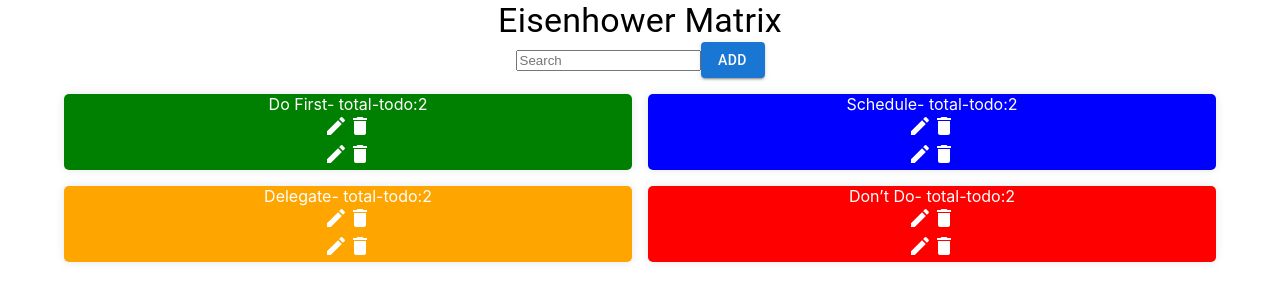
Repository: GokulDev4U/Krixi_react_assignment
Page: /
The author's editor kept a copy of each file at every save. The page is drawn from the files as they stood at one save, then again after the next save.
The browser window is 1280 px wide. The pictures show the whole page.
The project was rebuilt for these pictures with package versions that can differ from the ones it lists, and the page was loaded fresh each time.

Above is the page before, as saved 2022-04-04 14:10:24.

### src/App.js
import React, { useState } from "react";
// import { Counter } from "./features/counter/Counter";
import { Container, Grid, Button, Typography } from "@mui/material";
import Card from "./Components/card/Card";
import "./App.css";
import { useDispatch, useSelector } from "react-redux";
import { add, remove, edit, selectTodo } from "./features/todo/todoSlice";

function App() {
  const dispatch = useDispatch();

  const [todo, setTodo] = useState("");
  return (
    <div className="App">
      <Container sx={{ flexGrow: 1 }}>
        <Typography variant="h4">Eisenhower Matrix</Typography>
        <Grid container spacing={2}>
          <Grid item xs={12}>
            <input
              type="text"
              placeholder="Search"
              onChange={(e) => setTodo(e.target.value)}
            />
            <Button
              variant="contained"
              color="primary"
              onClick={dispatch(add(todo))}
            >
              Add
            </Button>
          </Grid>
          <Grid item xs={6}>
            <Card color="green" title="Do First" />
          </Grid>
          <Grid item xs={6}>
            <Card color="blue" title="Schedule" />
          </Grid>
          <Grid item xs={6}>
            <Card color="orange" title="Delegate" />
          </Grid>
          <Grid item xs={6}>
            <Card color="red" title="Don’t Do" />
          </Grid>
        </Grid>
      </Container>
    </div>
  );
}

export default App;

### src/app/store.js
import { configureStore } from "@reduxjs/toolkit";
import todoReducer from "../features/todo/todoSlice";

export const store = configureStore({
  reducer: {
    todo: todoReducer,
  },
});

### src/Components/card/Card.jsx
import React from 'react';
import { useSelector } from 'react-redux';
import { selectTodo } from '../../features/todo/todoSlice';
import EditIcon from '@mui/icons-material/Edit';
import DeleteIcon from '@mui/icons-material/Delete';
import './Card.css';

const Card = ({ color, title }) => {
  const todos = useSelector(selectTodo);

  return (
    <div className='box' style={{ backgroundColor: `${color}` }}>
      <div className="card-title">
        {`${title}- total-todo:${2}`}
      </div>
      <div className="card-content">
        {todos.map((todo, index) => (
          <div key={index}>
            {todo}
            <EditIcon />
            <DeleteIcon />
          </div>
        ))}
      </div>
    </div>
  );
};

export default Card;

### src/features/todo/todoSlice.jsx
import { createSlice } from "@reduxjs/toolkit";

const initialState = {
    value: [],
};

export const todoSlice = createSlice({
    name: "todo",
    initialState,
    reducers: {
        add: (state, action) => {
            state.value.push(action.payload);
        },
        remove: (state) => {
            // state.value -= 1;
        },
        edit: (state, action) => {
            // state.value += action.payload;
        },
    },
});

export const { add, remove, edit } = todoSlice.actions;

export const selectTodo = (state) => state.todo.value;

export default todoSlice.reducer;

### src/Components/card/Card.css
 .box{
    width: 100%;
    height: 100%;
    color: #fff;
    border-radius: 5px;
    box-shadow: 0 0 10px rgba(0,0,0,0.1);
    overflow: hidden;
    cursor: pointer;
 }

Loaded but not shown: public/index.html (common file); src/index.js (common file); src/index.css (common file); src/serviceWorker.js (common file); src/App.css (common file)

After the next save:
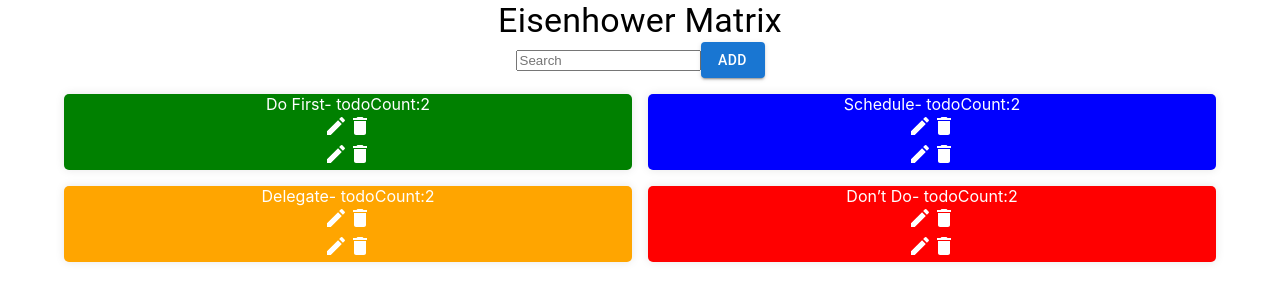
Saved 20 s later.
--- a/src/Components/card/Card.jsx
+++ b/src/Components/card/Card.jsx
@@ -11,7 +11,7 @@ const Card = ({ color, title }) => {
   return (
     <div className='box' style={{ backgroundColor: `${color}` }}>
       <div className="card-title">
-        {`${title}- total-todo:${2}`}
+        {`${title}- todoCount:${2}`}
       </div>
       <div className="card-content">
         {todos.map((todo, index) => (
